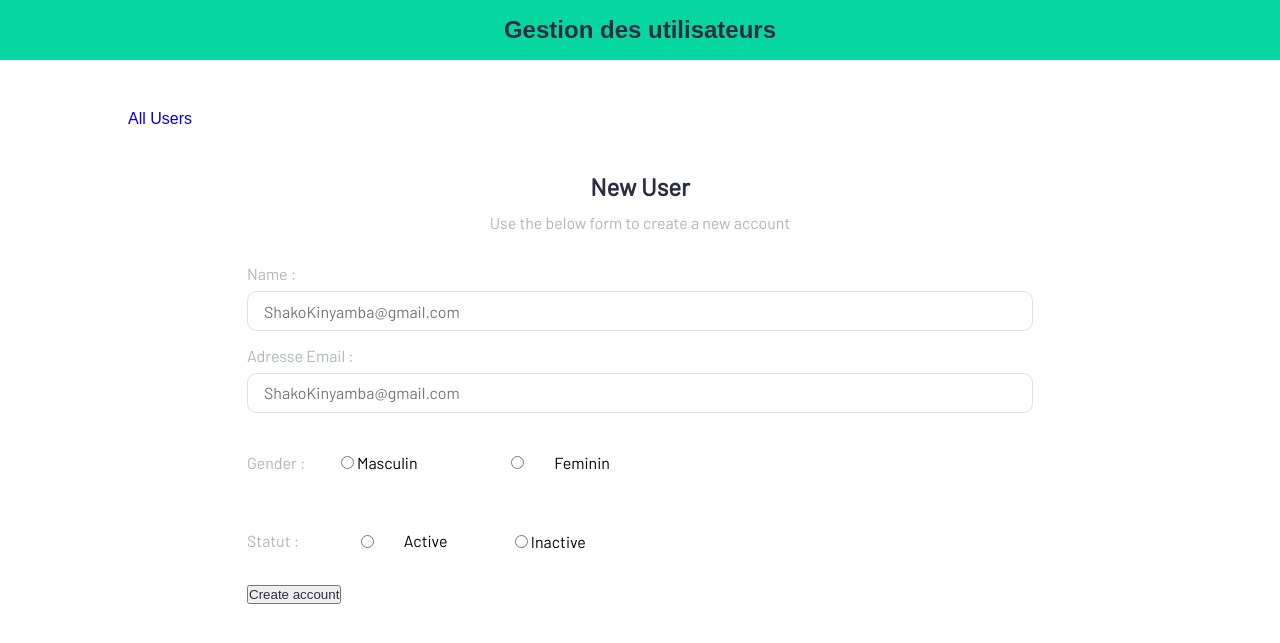
Repository: SKB-TECH/CrudMren
Page: add-user.html
An editor plug-in stored every save of this project. The page is shown before and after the next save, followed by the edit.
The browser window is 1280 px wide. The pictures show the whole page.
Some web fonts or font styles are not loaded; a fallback is used.

Above is the page before, as saved 2022-10-11 12:57:32.

### add-user.html
<!DOCTYPE html>
<html lang="en">

<head>
    <meta charset="UTF-8">
    <meta http-equiv="X-UA-Compatible" content="IE=edge">
    <meta name="viewport" content="width=device-width, initial-scale=1.0">
    <link rel="stylesheet" href="https://cdnjs.cloudflare.com/ajax/libs/font-awesome/6.2.0/css/all.min.css"
        integrity="sha512-xh6O/CkQoPOWDdYTDqeRdPCVd1SpvCA9XXcUnZS2FmJNp1coAFzvtCN9BmamE+4aHK8yyUHUSCcJHgXloTyT2A=="
        crossorigin="anonymous" referrerpolicy="no-referrer" />
    <link rel="stylesheet" href="./assets/css/style.css">
    <title>CRUD APPLICATION</title>
</head>

<body>
    <!-- Header -->
    <header id="header">
        <nav>
            <div class="container">
                <div class="text-center">
                    <a href="/" class="nav-brand text-dark">Gestion des utilisateurs</a>
                </div>
            </div>
        </nav>
    </header>
    <!-- /Header -->
    <!-- Main  -->
    <main id="site-main">
        <div class="container">
            <div class="box-nav d-flex-justify=between ">
                <div class="filteer">
                    <a href="/">All Users</a>
                </div>
            </div>

            <div class="form-title text-center">
                <h2 class="text-dark">New User</h2>
                <span class="text-light">Use the below form to create a new account</span>
            </div>

            <!-- Form handling -->
             <form action="" method="POST" id="update_user">
                <div class="new_user">
                    <!-- nom de l'utilisateur -->
                    <div class="form-group">
                        <label for="name" class="text-light">Name : </label>
                        <input type="hidden" name="id" value="">
                        <input type="text" name="name" placeholder="ShakoKinyamba@gmail.com">
                    </div>
                    <!-- adresse mail -->
                    <div class="form-group">
                        <label for="name" class="text-light">Adresse Email : </label>
                        <input type="text" name="email" placeholder="ShakoKinyamba@gmail.com">
                    </div>
                    <!-- Sexe de l'agent -->
                    <div class="form-group">
                        <label for="name" class="text-light">Gender : </label>
                        <div class="radio inline">
                            <input type="radio" name="gender" value="Masculin">
                            <label for="gender" class="radio-label">Masculin</label>
                        </div>

                        <div class="radio inline">
                            <input type="radio" name="gender" value="Feminin" class="radio">
                            <label for="gender" class="radio-label">Feminin</label>
                        </div>
                    </div>

                    <!-- le statut -->
                    <div class="form-group">
                        <label for="name" class="text-light">Statut : </label>
                        <div class="radio inline">
                            <input type="radio" name="statut" value="Active" class="radio">
                            <label for="statut" class="radio-label">Active</label>
                        </div>

                        <div class="radio inline">
                            <input type="radio" name="statut" value="Inactive">
                            <label for="statut" class="radio-label">Inactive</label>
                        </div>
                    </div>
                    <!-- fin Statut -->

                    <!-- Submit -->
                    <div class="form-group">
                        <button type="submit" class="btn text-dark update">Create account</button>
                    </div>
                </div>
             </form>
            <!-- /Form handling -->
        </div>
    </main>
    <!-- /Main -->
</body>

</html>

### assets/css/style.css
@import url('https://fonts.googleapis.com/css2?family=Barlow&family=PT+Sans&display=swap');

/* font-family: 'Barlow', sans-serif;
font-family: 'PT Sans', sans-serif; */

:root {
    --dark: #2b2d42;
    --light: #adb5bd;
    --border: #dee2e6;
    --border-btn: #edf2f4
}

* {
    padding: 0;
    margin: 0;
    box-sizing: border-box;
}

a {
    text-decoration: none;
    font-family: 'PT Sans', sans-serif;
}

.container {
    max-width: 1024px;
    margin: auto;
}

.nav-brand {
    font-size: 1.5em;
    font-weight: bold;
}

.d-flex {
    display: flex;
    flex-wrap: wrap;
}

.justify-between {
    justify-content: space-between;
}

.text-center {
    text-align: center;
}

.border-btn {
    border: 1px solid var(--border-btn);
    box-shadow: 1px 3px 10px #e9ecef;
}

.text-dark {
    color: var(--dark);
}

.inline {
    display: inline-block;
}

.text-light {
    color: var(--light)
}

#header nav {
    background-color: #06d6a0;
    padding: 1em 0;
    width: 100%;
}

#site-main {
    margin-top: 3em;
    font-family: 'Barlow', 'Sans-serif';
}

#site-main .container .box-nav>a {
    font-size: 1em;
    padding: 5em 1em;
}

#site-main .container form {
    margin: 2em 0;
}

table {
    border-spacing: 0px;
    width: 100%;
}

.table td,
.table th {
    padding: .75em;
    vertical-align: top;
    text-align: center;
    border-top: 1px solid var(--border);
}

.table td>a.btn {
    padding: 3em 1em;
    font-size: 1.1em;
    margin: 0.2em;
}

.table tr:hover {
    background-color: var(--border);
}

.table td:hover td>a {
    box-shadow: none;
}

.table .thead-dark th {
    color: #fff;
    background-color: var(--dark);
    border-color: #32383e;
}

.form-title {
    margin-top: 2em;
}

.form-title>h2 {
    padding: .5em 0;
}

.new_user {
    max-width: 786px;
    margin: auto;
}

#update_user .form-group,
#add_user .form-group {
    margin: .4em 0;
}

#update_user .form-group input[type="text"],
#add_user .form-group input[type="text"] {
    width: 100%;
    padding: .6em 1em;
    margin: .5em 0;
    border: 1px solid var(--border);
    font-size: 1em;
    font-family: 'Barlow', sans-serif;
    border-radius: .6em;
}

#update_user .form-group .radio,
#add_user .form-group .radio {
    margin: 1em 2em;
}

.radio input[text='radio']+.radio-label:before {
    content: "";
    background: var(--border-btn);
    border-radius: 100%;
    border: 1px solid var(--border);
    display: inline-block;
    width: 1em;
    height: 1em;
    position: relative;
    top: -0em;
    margin-right: .5em;
    vertical-align: top;
    cursor: pointer;
    text-align: center;
    -webkit-transform: all 250ms ease;
    transition: all 250ms ease;
}

.radio input[text='radio']+.radio-label:before {

After the next save:
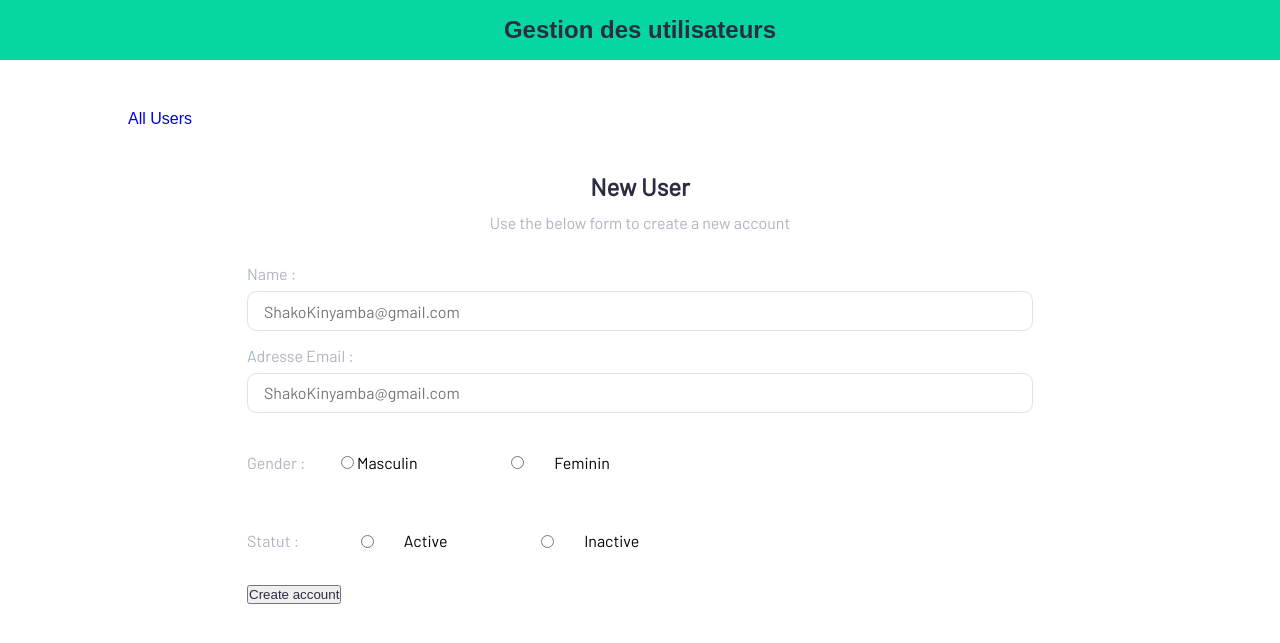
Saved 4 s later.
--- a/add-user.html
+++ b/add-user.html
@@ -75,7 +75,7 @@
                         </div>
 
                         <div class="radio inline">
-                            <input type="radio" name="statut" value="Inactive">
+                            <input type="radio" name="statut" value="Inactive" class="radio">
                             <label for="statut" class="radio-label">Inactive</label>
                         </div>
                     </div>
